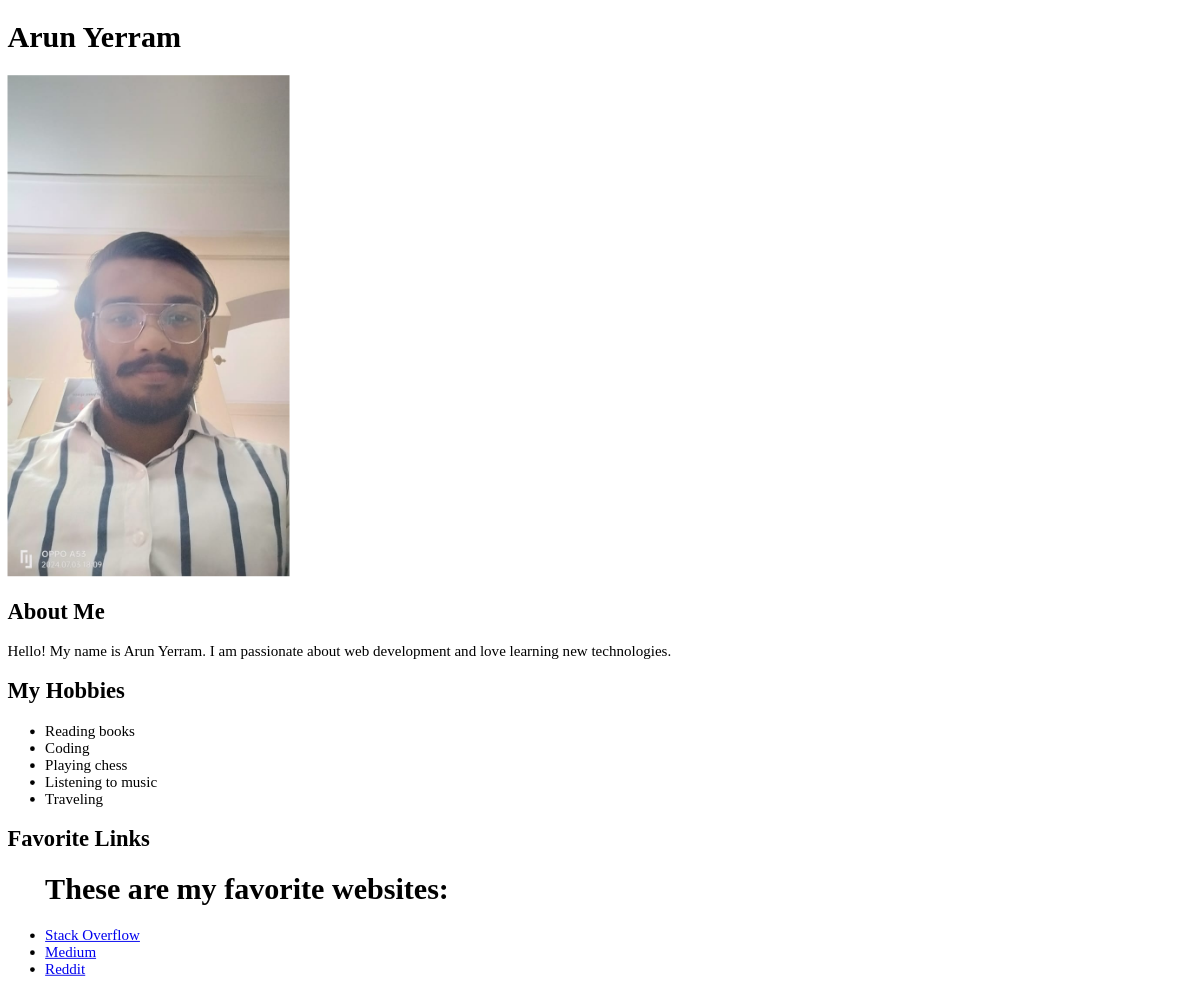
Repository: arunyerram/Web-TEChnologies
Page: Exercise2.html
The author's editor kept a copy of each file at every save. The page is drawn from the files as they stood at one save, then again after a run of saves.
The browser window is 1280 px wide. The pictures show the whole page, at 94% of full size.

Above is the page before, as saved 2025-02-12 17:25:03.

After the next 2 saves:
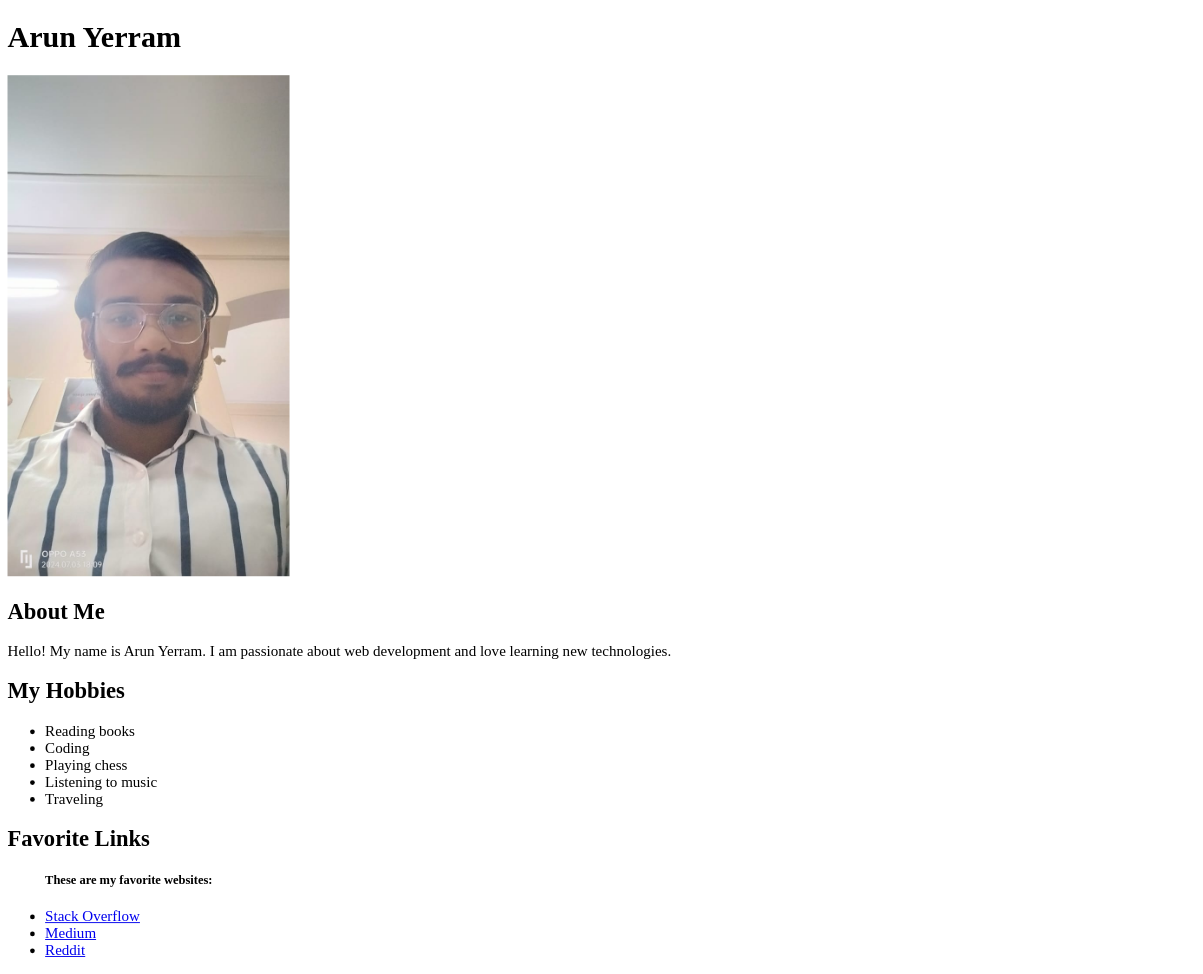
The 2 saves are shown as one change because they came seconds apart.
The last was saved 17 s later.
--- a/Exercise2.html
+++ b/Exercise2.html
@@ -28,7 +28,7 @@
     <h2>Favorite Links</h2>
 
     <ul>
-        <h1>These are my favorite websites:</h1>
+        <h5>These are my favorite websites:</h5>
         <li><a href="https://www.stackoverflow.com" target="_blank">Stack Overflow</a></li>
         <li><a href="https://www.medium.com" target="_blank">Medium</a></li>
         <li><a href="https://www.reddit.com" target="_blank">Reddit</a></li>
